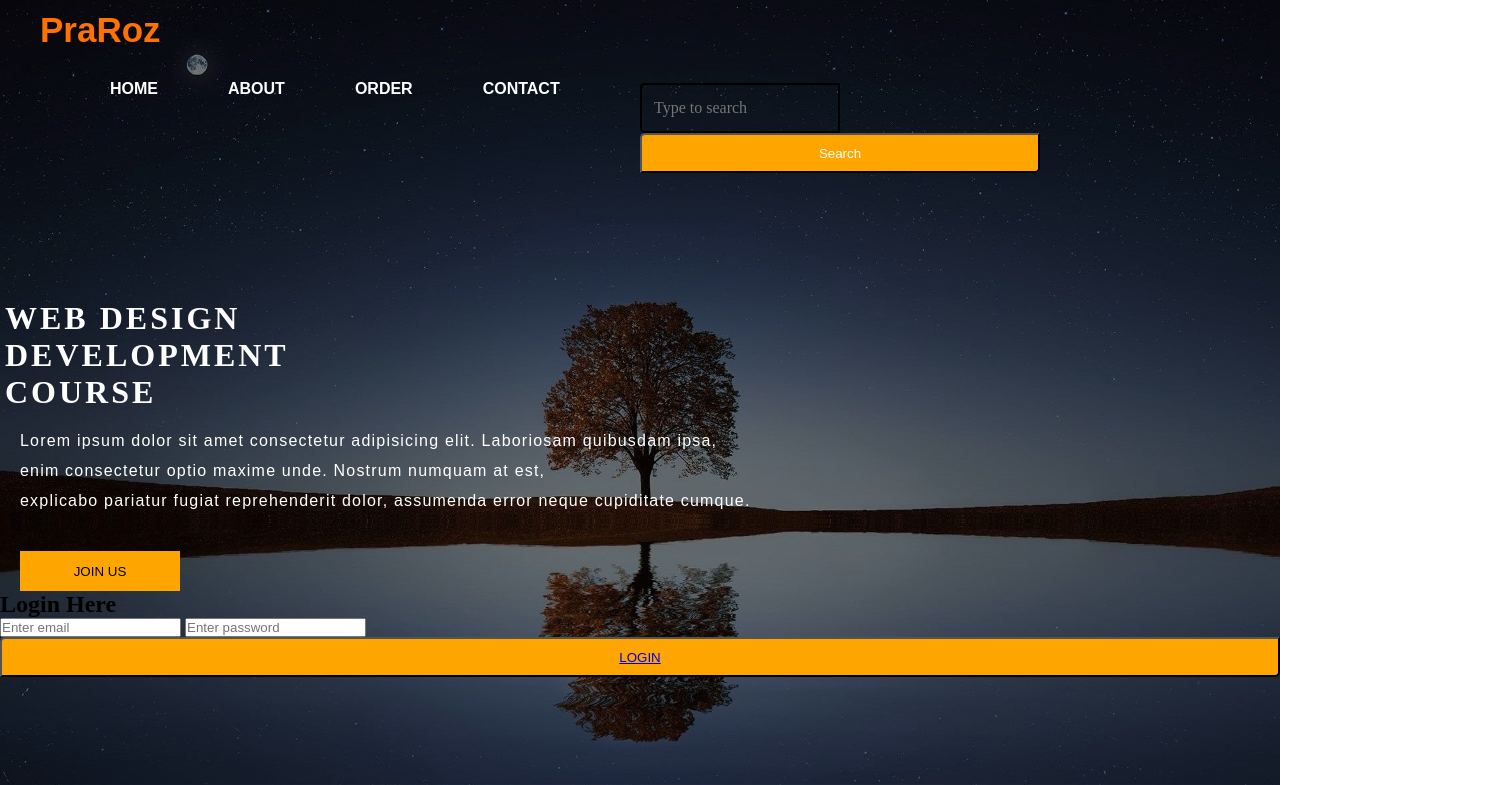
Repository: Cedrqmwesigwa/web-design-course
Page: index.html
The author's editor kept a copy of each file at every save. The page is drawn from the files as they stood at one save, then again after a run of saves.
The browser window is 1280 px wide. The page is 1500 px wide, so the pictures cover 1500 px, including what lies to the right of the window. The pictures show the whole page.

Above is the page before, as saved 2024-04-03 20:51:00.

After the next 14 saves:
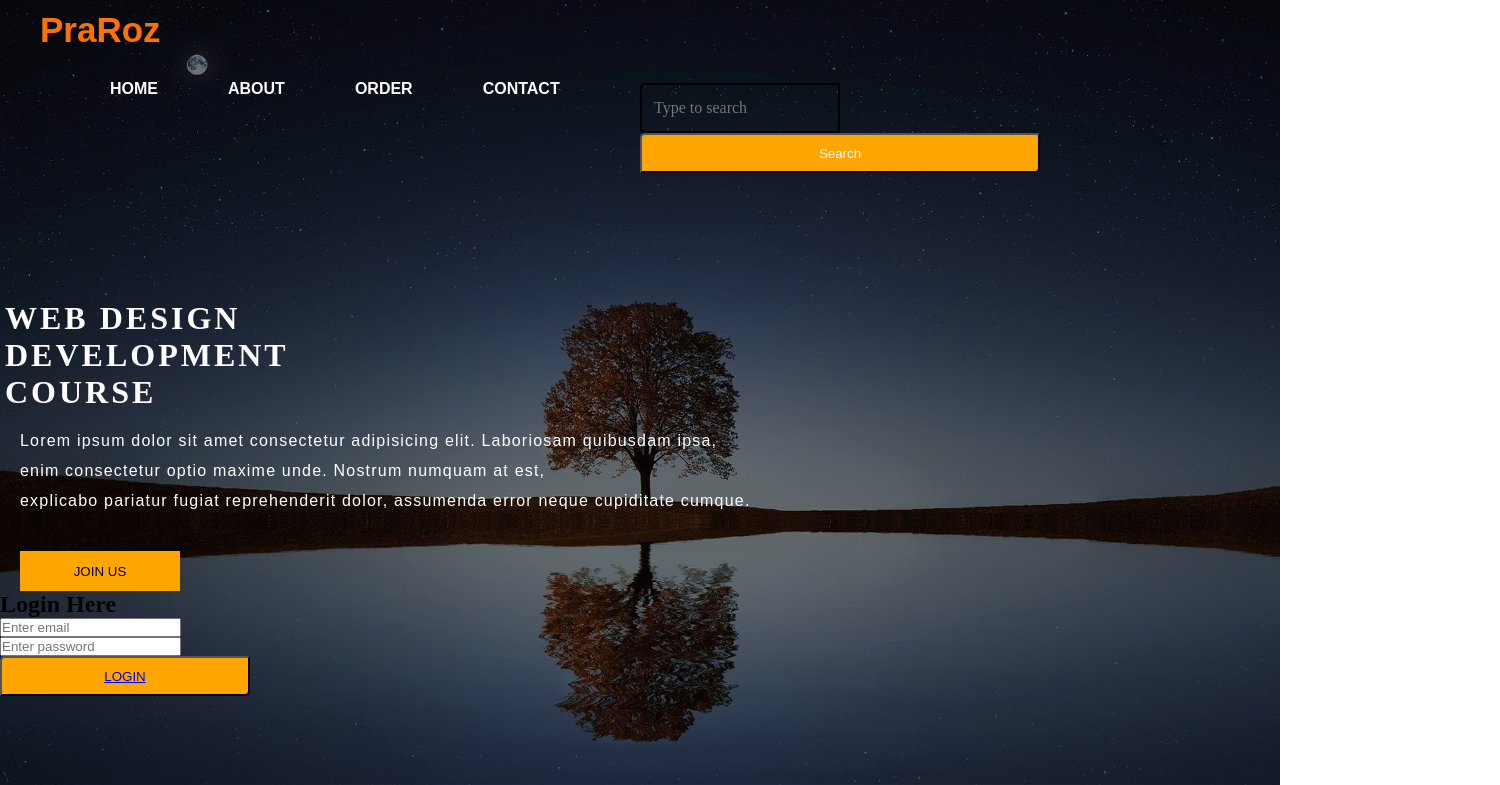
The 14 saves are shown as one change because they came seconds apart.
The last was saved 31 s later.
--- a/style.css
+++ b/style.css
@@ -149,4 +149,8 @@ ul li a:hover{
     color:#ff7200;
 }
 
-form
+.form{
+    width: 250px;
+    height: 38px;
+    back
+}
